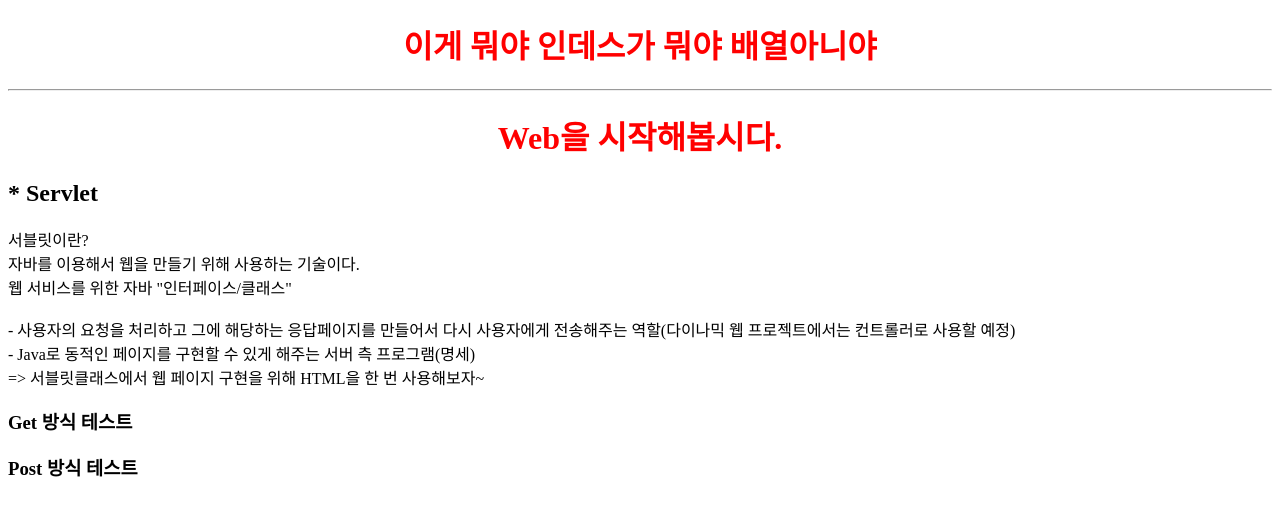
Repository: dltbxkfm86-creator/web
Page: MyFirstWebProject/src/main/webapp/index.html
These files come from the project's save history. The page is drawn as it stood at one moment and after the next save; the edit follows.
The browser window is 1280 px wide. The pictures show the whole page.

Above is the page before, as saved 2025-09-22 07:26:55.

After the next save:
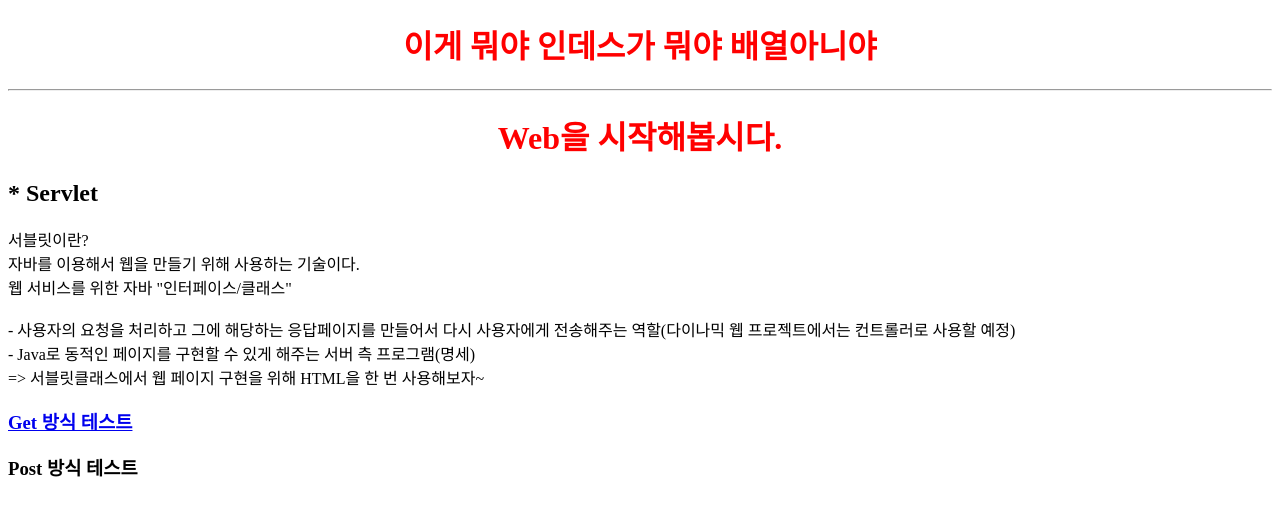
Saved 92 s later.
--- a/MyFirstWebProject/src/main/webapp/index.html
+++ b/MyFirstWebProject/src/main/webapp/index.html
@@ -101,7 +101,7 @@
 		=> 서블릿클래스에서 웹 페이지 구현을 위해 HTML을 한 번 사용해보자~
 	</p>
 
-	<h3><a herf="views/request_get.html">Get 방식 테스트</a></h3>
+	<h3><a href="views/request_get.html">Get 방식 테스트</a></h3>
 
 	<h3><a>Post 방식 테스트</a></h3>
 
